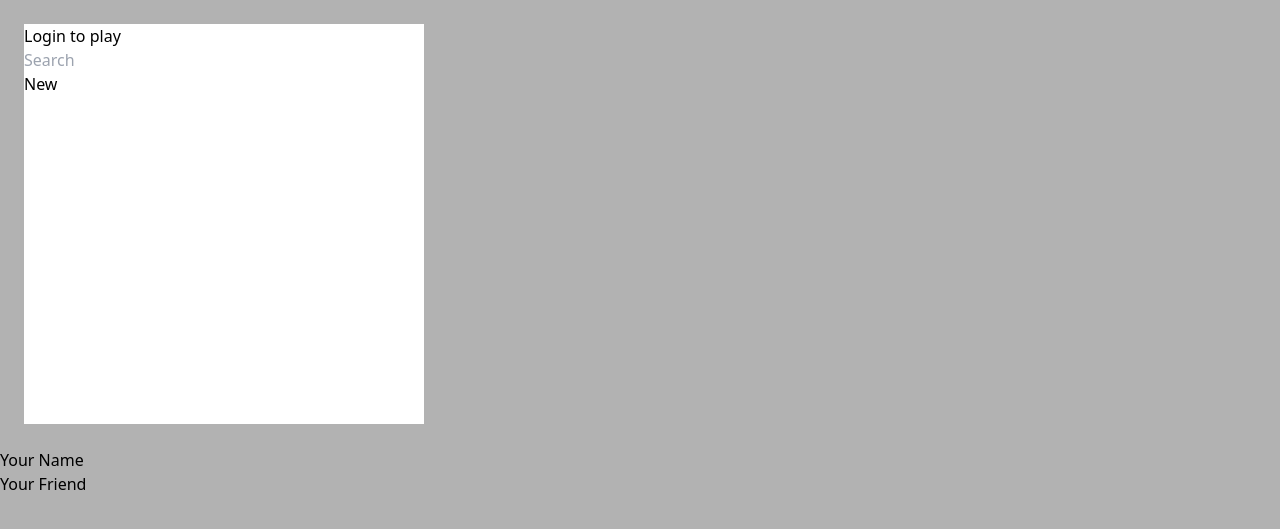
Repository: Teddy1705/demo_pj
Page: /
An editor plug-in stored every save of this project. The page is shown before and after the next save, followed by the edit.
The browser window is 1280 px wide. The pictures show the whole page.
The project was rebuilt for these pictures with package versions that can differ from the ones it lists, and the page was loaded fresh each time. Also part of the build but not shown: vite.config.js.

Above is the page before, as saved 2024-04-16 09:08:43.

After the next save:
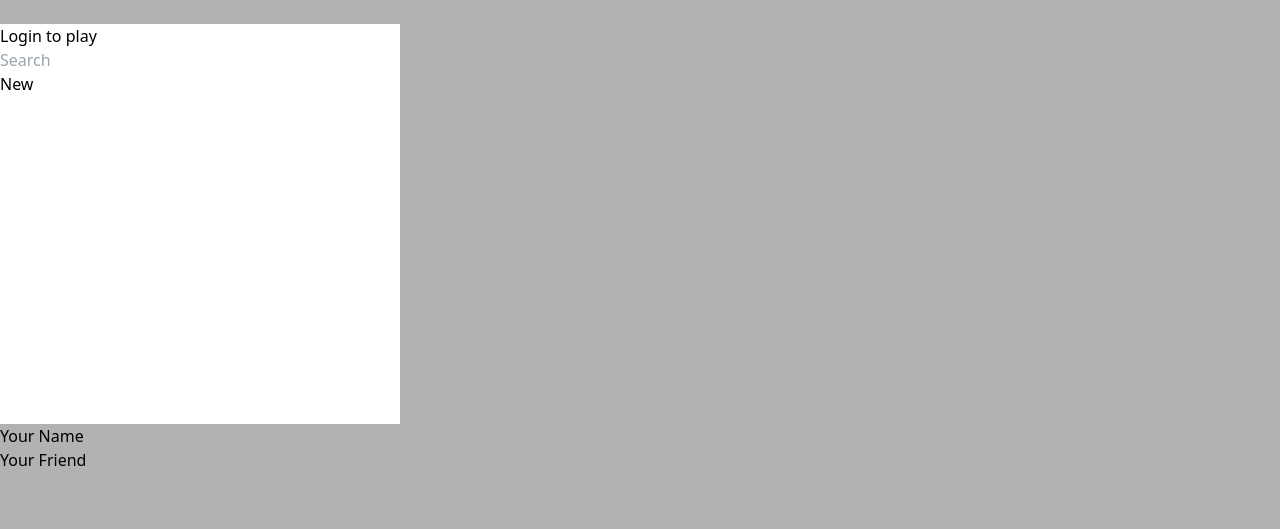
Saved 22 s later.
--- a/src/index.css
+++ b/src/index.css
@@ -578,7 +578,7 @@ video {
 #modal .modal__body {
   position: relative;
   background-color: var(--white-color);
-  margin: 24px 24px;
+  margin-top: 24px;
   width: 400px;
   height: 400px;
 }
